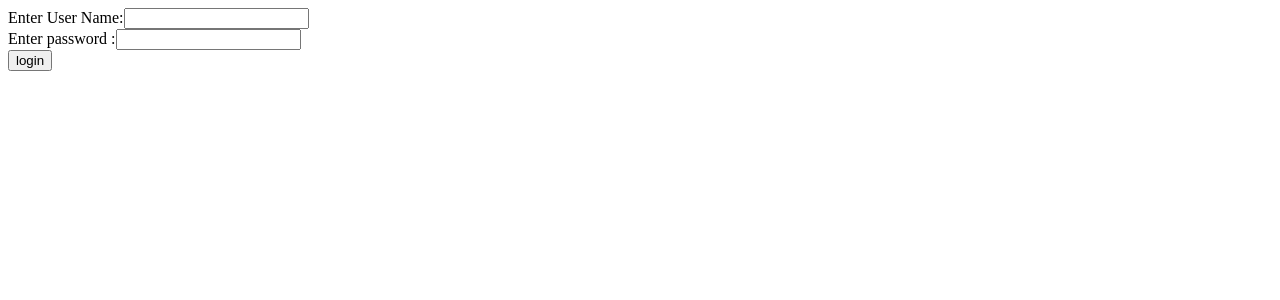
Repository: mugdha97/JSPServlet
Page: http://localhost/com.bridgelabz.loginRegister/login.jsp
These files come from the project's save history. The page is drawn as it stood at one moment and after the next save; the edit follows.
The browser window is 1280 px wide. The pictures show the whole page.
The page is served by Tomcat 9. Other server files are loaded and not shown.

Above is the page before, as saved 2019-10-18 12:41:33.

### com.bridgelabz.loginRegister/WebContent/login.jsp
<%@ page language="java" contentType="text/html; charset=UTF-8"
    pageEncoding="UTF-8"%>
<!DOCTYPE html>
<html>
<head>
<meta charset="UTF-8">
<title>Insert title here</title>
</head>
<body>
<form action="login" method="post">
Enter User Name:<input type="text" name="uname"><br>
Enter password :<input type="password" name="password"><br>
<input type="submit" value="login">

</form>
</body>
</html>

After the next save:
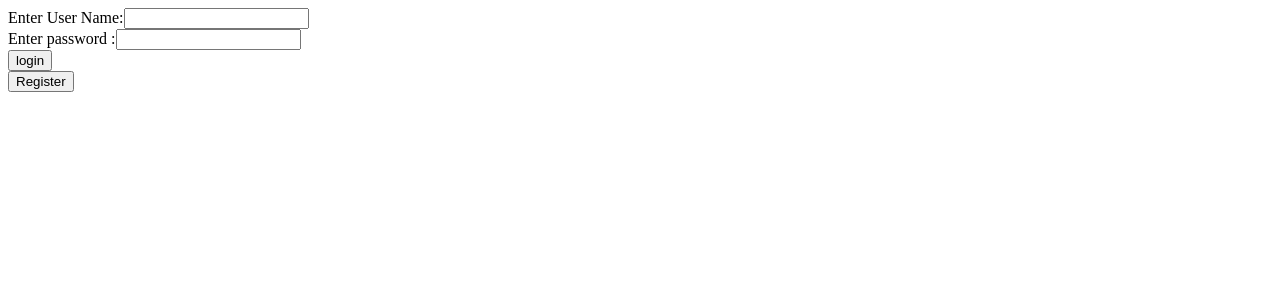
Saved 9 min 25 s later.
--- a/com.bridgelabz.loginRegister/WebContent/login.jsp
+++ b/com.bridgelabz.loginRegister/WebContent/login.jsp
@@ -13,5 +13,9 @@
 <input type="submit" value="login">
 
 </form>
+<form action="Register" method="post">
+<input type="submit" value="Register">
+
+</form>
 </body>
 </html>
